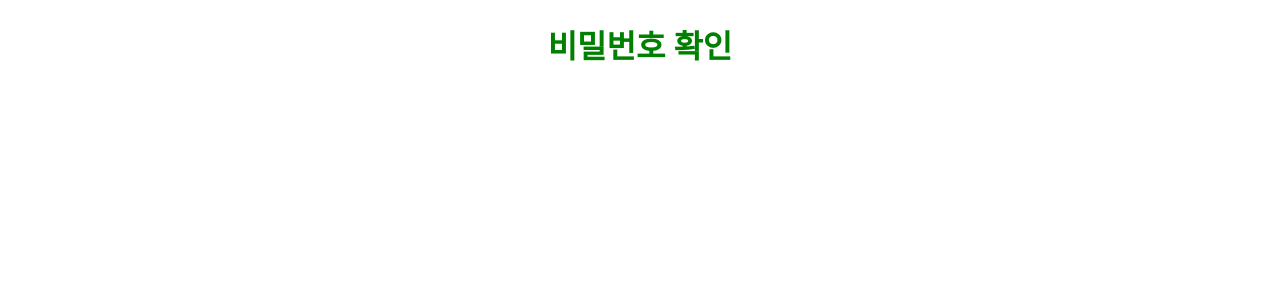
Repository: gane2e/JSP
Page: http://localhost/web-study-11/board/boardCheckPass.jsp
These files come from the project's save history. The page is drawn as it stood at one moment and after the next save; the edit follows.
The browser window is 1280 px wide. The pictures show the whole page.
The page is served by Tomcat 10. Other server files are loaded and not shown.

Above is the page before, as saved 2024-10-31 06:42:03.

### web-study-11/src/main/webapp/board/boardCheckPass.jsp
<%@ page language="java" contentType="text/html; charset=UTF-8"
    pageEncoding="UTF-8"%>
<!DOCTYPE html>
<html>
<head>
<meta charset="UTF-8">
<title> 게시판 </title>
<link rel="stylesheet" type="text/css" href="${pageContext.request.contextPath}/css/shopping.css">
<script type="text/javascript" src="script/board.js"></script>
</head>
<body>
<div align="center">
<h1>비밀번호 확인</h1>
</div>
</body>
</html>

### web-study-11/src/main/webapp/css/shopping.css
@charset "UTF-8";
#wrap{
	width: 971px;
	margin: 0;
	margin-left: auto;
	margin-right: auto;
}
h1{
	color:green;
}
table{
	width:100%;
	border-collapse: collapse;
	font-size: 12px;
	line-height: 24px;
}
table td, th{
	border: #d3d3d3 solid 1px;
	padding: 5px;
}
th{
	background: yellowgreen;
	width: 120px;
}
img{
	width:220px;
	height: 300px;
}
a{
	text-decoration: none;
	color: black;
}
a:hover{
	text-decoration: underline;
	color:green;
}

Loaded but not shown: web-study-11/src/main/webapp/script/board.js (no copy from this time; the picture is the same without it)

After the next save:
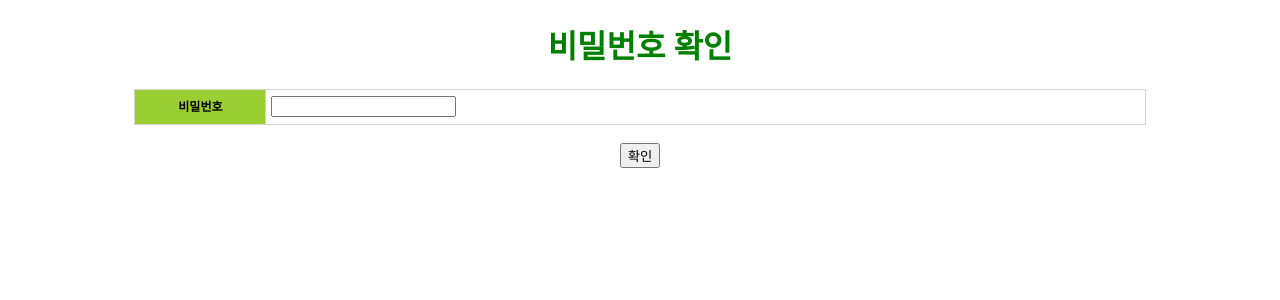
Saved 3 min 9 s later.
--- a/web-study-11/src/main/webapp/board/boardCheckPass.jsp
+++ b/web-study-11/src/main/webapp/board/boardCheckPass.jsp
@@ -11,6 +11,21 @@
 <body>
 <div align="center">
 <h1>비밀번호 확인</h1>
+	<form action="BoardServlet" name="frm" method="get">
+		<input type="hidden" name="command" value="board_check_pass">
+		<input type="hidden" name="num" value="${ param.num }">
+		<table style="width:80%">
+			<tr>
+				<th>비밀번호</th>
+				<td>
+					<input type="password" name="pass" size="20">
+				</td>
+			</tr>
+		</table>
+		<br>
+		<input type="submit" value="확인" onclick="return passCheck()">
+		<br><br>${ message }
+	</form>
 </div>
 </body>
 </html>
